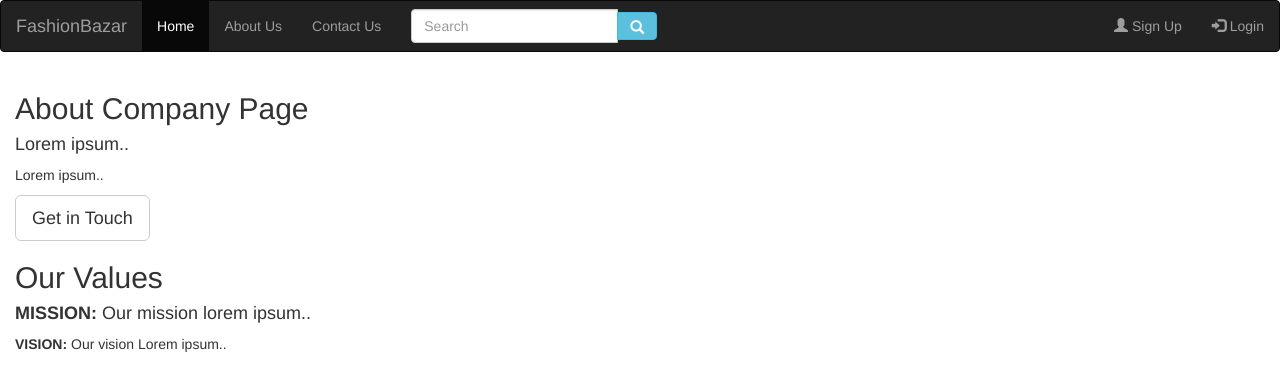
Repository: SmithaMendonca/Project-1
Page: http://localhost/FashionBazarFrontend/WEB-INF/views/AboutUs.jsp
These files come from the project's save history. The page is drawn as it stood at one moment and after the next save; the edit follows.
The browser window is 1280 px wide. The pictures show the whole page.
The page is served by Tomcat 9. Nobody is signed in. The template is opened directly, without the code that normally fills it, so the values that code supplies are empty.

Above is the page before, as saved 2019-06-06 04:43:38.

After the next save:
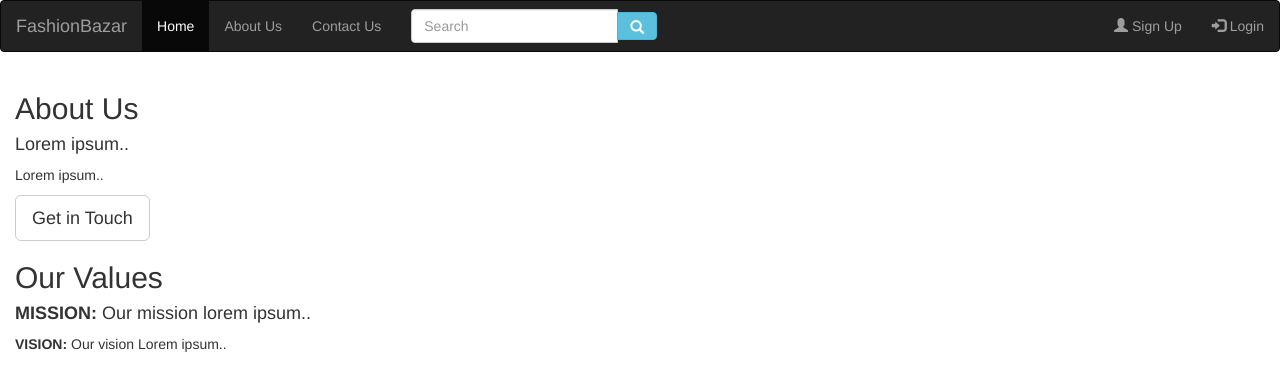
Saved 33 s later.
--- a/FashionBazarFrontend/src/main/webapp/WEB-INF/views/AboutUs.jsp
+++ b/FashionBazarFrontend/src/main/webapp/WEB-INF/views/AboutUs.jsp
@@ -5,7 +5,7 @@
 </head>
 <body>
 	<div class="container-fluid">
-  		<h2>About Company Page</h2>
+  		<h2>About Us</h2>
   		<h4>Lorem ipsum..</h4>
   		<p>Lorem ipsum..</p>
   		<button class="btn btn-default btn-lg">Get in Touch</button>
